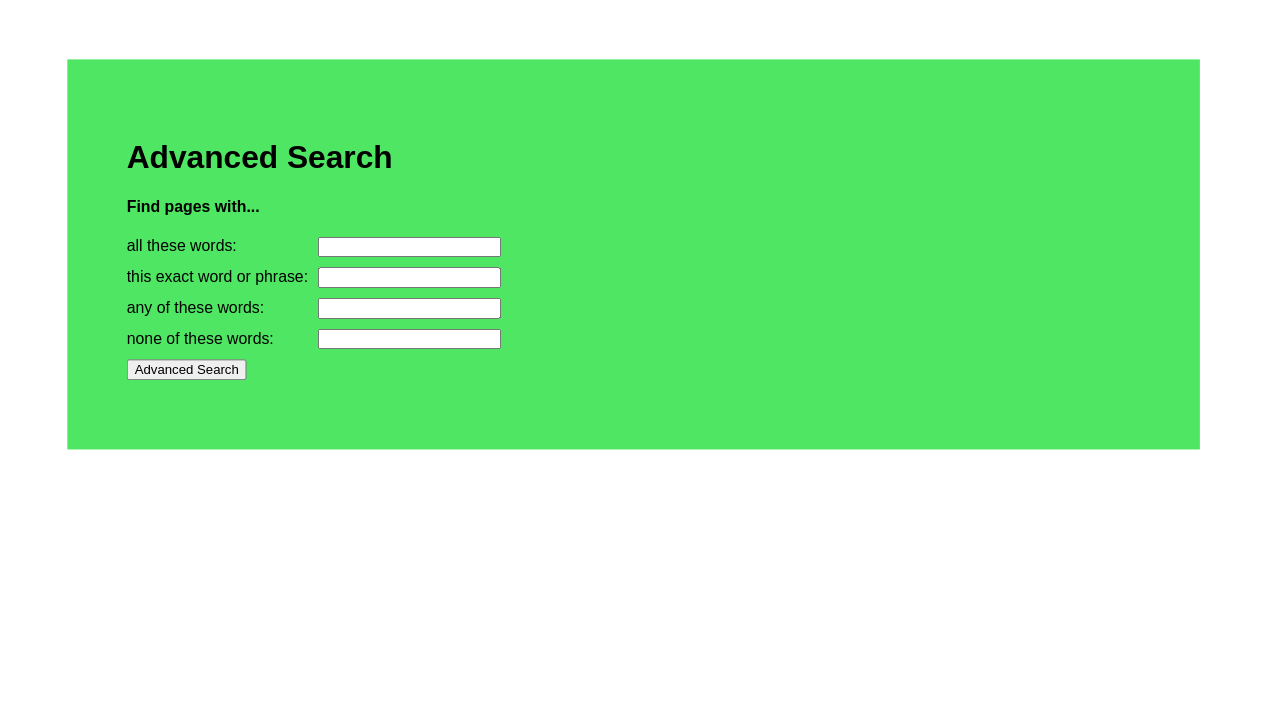
Repository: etentuk/search
Page: advanced_search.html
These files come from the project's save history. The page is drawn as it stood at one moment and after the next save; the edit follows.
The browser window is 1280 px wide. The pictures show the whole page, at 99% of full size.

Above is the page before, as saved 2021-11-04 21:13:31.

### advanced_search.html
<!DOCTYPE html>
<html lang="en">

<head>
    <title>Advanced Search</title>
    <link rel="stylesheet" href="styles.css">
</head>

<body>

    <div class="contentContainer">
        <header>
            <h1>Advanced Search</h1>
        </header>
        <h4>Find pages with...</h4>
        <form action="https://google.com/search" class="form-example">
            <div style="display: table-row;">
                <div class="form-example">
                    <label for="as_q">all these words: </label>
                    <input type="text" id="as_q" name="as_q">
                </div>
                <div class="form-example">
                    <label for="as_epq">this exact word or phrase: </label>
                    <input type="text" id="as_epq" name="as_epq">
                </div>
                <div class="form-example">
                    <label for="as_oq">any of these words: </label>
                    <input type="text" id="as_oq" name="as_oq">
                </div>
                <div class="form-example">
                    <label for="as_eq">none of these words: </label>
                    <input type="text" id="as_eq" name="as_eq">
                </div>
            </div>
            <input type="submit" value="Advanced Search">
        </form>
    </div>
</body>

</html>

### styles.css
form.form-example {
  display: table;
}

div.form-example {
  display: table-row;
}

label,
input {
  display: table-cell;
  margin-bottom: 10px;
}

label {
  padding-right: 10px;
}

div.contentContainer {
  font-family: Arial, Helvetica, sans-serif;
  background-color: rgb(78, 230, 98);
  /* width: 100%; */
  height: 100%;
  padding: 60px;
  margin: 60px;
}

After the next save:
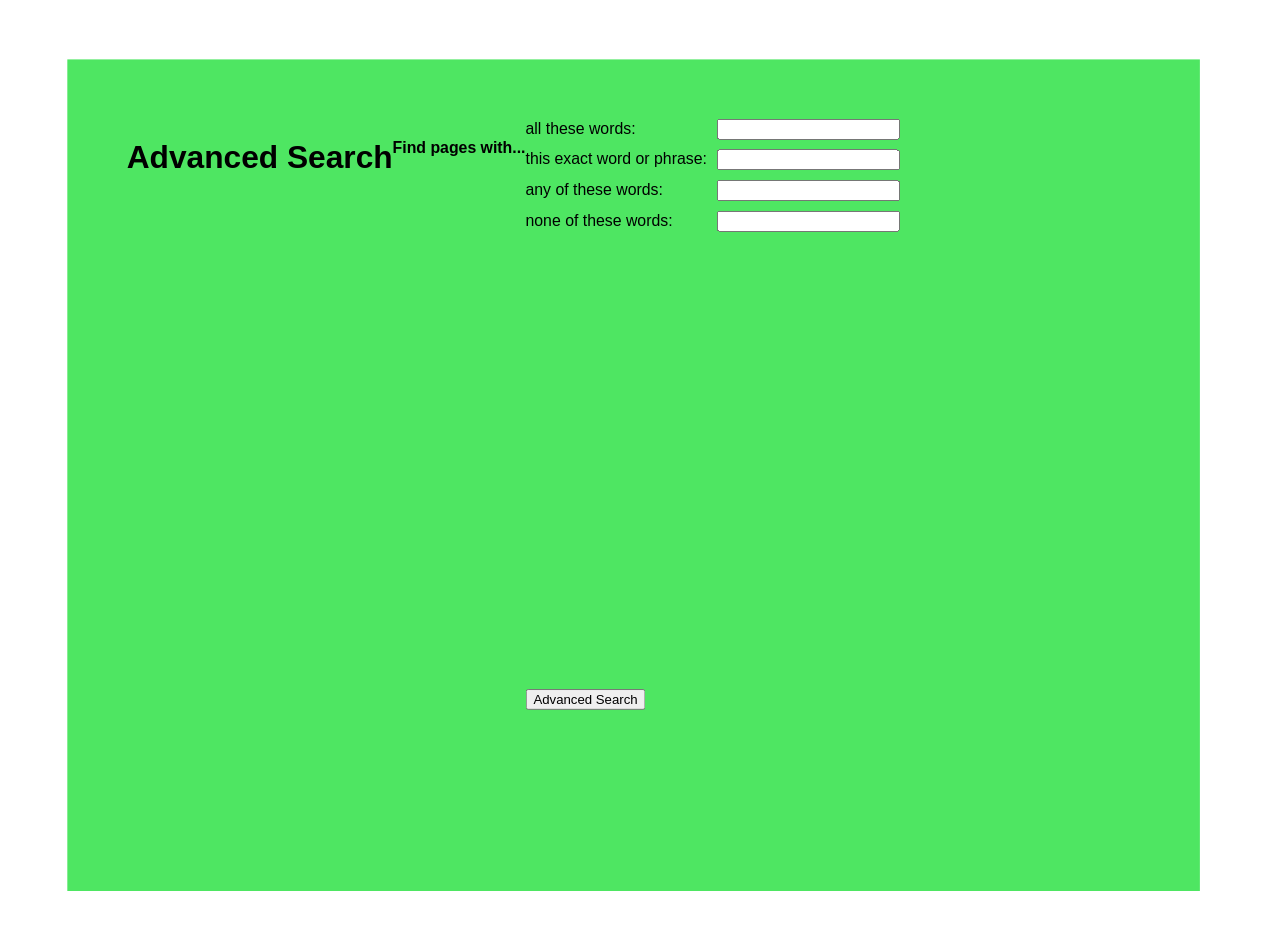
Saved 12 s later.
--- a/styles.css
+++ b/styles.css
@@ -20,7 +20,8 @@ div.contentContainer {
   font-family: Arial, Helvetica, sans-serif;
   background-color: rgb(78, 230, 98);
   /* width: 100%; */
-  height: 100%;
+  height: 100vh;
+  display: flex;
   padding: 60px;
   margin: 60px;
 }
